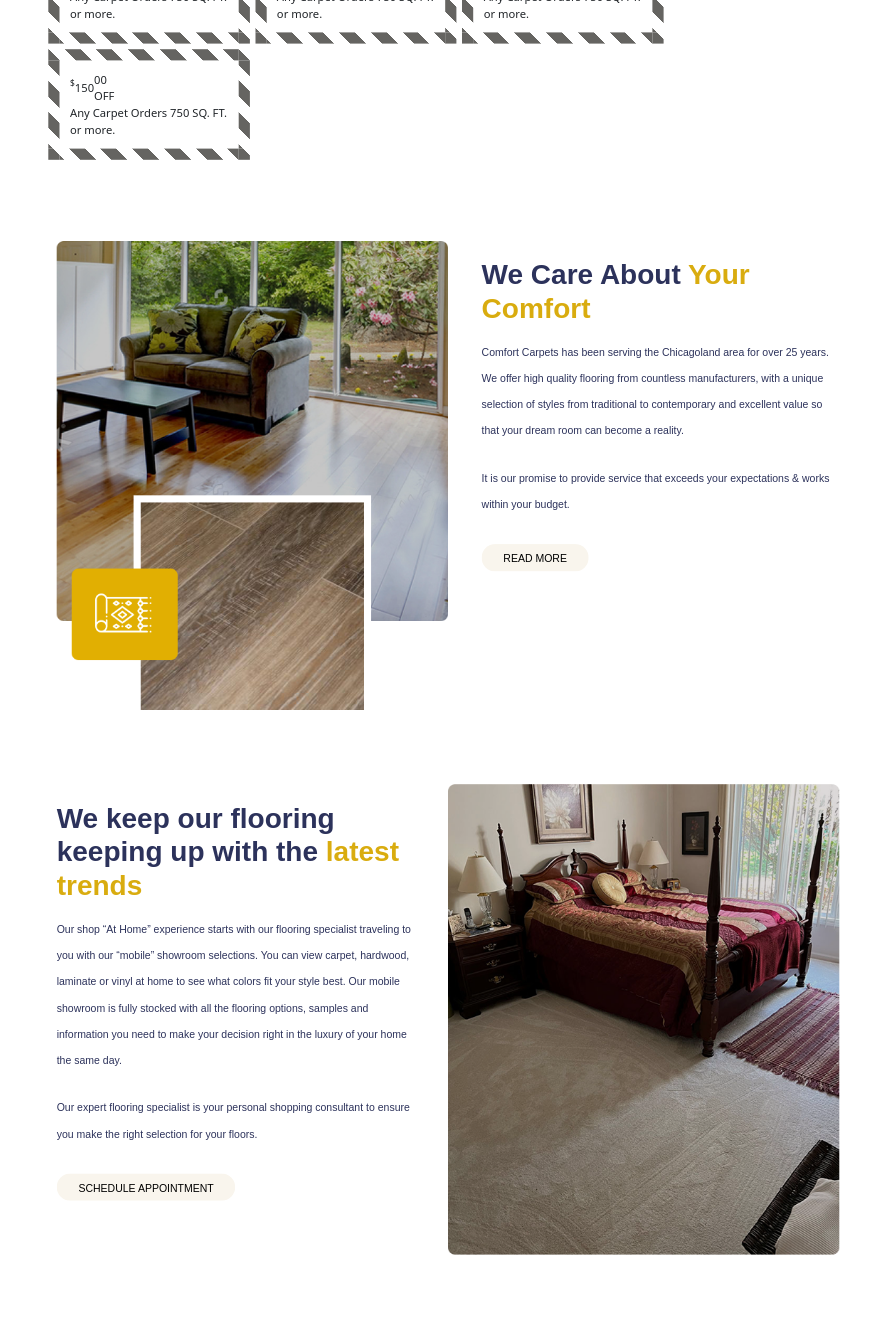
Repository: Ab-dur-Rehman/sscaseFolders
Page: index.html
The author's editor kept a copy of each file at every save. The page is drawn from the files as they stood at one save, then again after the next save.
The browser window is 1280 px wide. The pictures show the part of the page from y = 716 to 2636 px (the page is 2636 px tall before and 1868 px after), at 70% of full size.
Some web fonts or font styles are not loaded; a fallback is used.

Above is the page before, as saved 2022-12-26 11:14:11.

### index.html
<!doctype html>
<html lang="en">
  <head>
    <meta charset="utf-8">
    <meta name="viewport" content="width=device-width, initial-scale=1">
    <!-- Bootstrap CSS -->
    <link href="https://cdn.jsdelivr.net/npm/bootstrap@5.0.2/dist/css/bootstrap.min.css" rel="stylesheet" integrity="sha384-EVSTQN3/azprG1Anm3QDgpJLIm9Nao0Yz1ztcQTwFspd3yD65VohhpuuCOmLASjC" crossorigin="anonymous">
    <!-- Custom CSS -->
    <link rel="stylesheet" href="assets/css/style.css">
    <!-- FontAwesome -->
    <link rel="stylesheet" href="https://cdnjs.cloudflare.com/ajax/libs/font-awesome/6.2.1/css/all.min.css" integrity="sha512-MV7K8+y+gLIBoVD59lQIYicR65iaqukzvf/nwasF0nqhPay5w/9lJmVM2hMDcnK1OnMGCdVK+iQrJ7lzPJQd1w==" crossorigin="anonymous" referrerpolicy="no-referrer" />
    <!-- JQuery -->
    <script src="https://code.jquery.com/jquery-3.6.1.min.js" integrity="sha256-o88AwQnZB+VDvE9tvIXrMQaPlFFSUTR+nldQm1LuPXQ=" crossorigin="anonymous"></script>
    <!-- Bootstrap JS -->
    <script src="https://cdn.jsdelivr.net/npm/bootstrap@5.0.2/dist/js/bootstrap.bundle.min.js" integrity="sha384-MrcW6ZMFYlzcLA8Nl+NtUVF0sA7MsXsP1UyJoMp4YLEuNSfAP+JcXn/tWtIaxVXM" crossorigin="anonymous"></script>
    <!-- Custom Scripts -->
    <script type="module" src="assets/js/script.js"></script>

    <title>Comfort Carpets</title>
  </head>
  <body>
    <div class="col-lg-12 mx-auto main-wrapper">

      <header class="py-3 px-5 header-top">
        <div class="header-top-inner row gx-0 max-content d-flex flex-row align-items-center">
          <div class="col-md-3 logo-top mx-0 px-0">
            <a href="#"><img src="assets/images/logo.png" alt="logo"/></a>
          </div>
          <div class="col-md-9 header-left mx-0 px-0 py-0">
            <div class="top-call-info">
              <div class="top-call-info-inner d-flex flex-row justify-content-end align-items-center">
                <div class="top-call-info-inner-left px-4 d-flex flex-row align-items-center">
                  <i class="fa fa-volume-control-phone" aria-hidden="true"></i>
                  <span class="call-text px-2">Call or Text: </span>
                  <span class="call-number">847-327-9910</span>
                </div>
                <div class="top-call-info-inner-right">
                  <button type="button" class="btn btn-appointment">Schedule Appointment</button>
                </div>
              </div>
            </div>
            <div class="main-nav-wrapper">
              <nav class="navbar navbar-expand-lg navbar-light">
                <div class="container-fluid justify-content-end">
                  <button class="navbar-toggler" type="button" data-bs-toggle="collapse" data-bs-target="#navbarNav" aria-controls="navbarNav" aria-expanded="false" aria-label="Toggle navigation">
                    <span class="navbar-toggler-icon"></span>
                  </button>
                  <div class="collapse navbar-collapse justify-content-end" id="navbarNav">
                    <ul class="navbar-nav text-end">
                      <li class="nav-item">
                        <a class="nav-link active" aria-current="page" href="#">Home</a>
                      </li>
                      <li class="nav-item">
                        <a class="nav-link" href="#">Flooring</a>
                      </li>
                      <li class="nav-item">
                        <a class="nav-link" href="#">Carpet Repair</a>
                      </li>
                      <li class="nav-item">
                        <a class="nav-link" href="#">Resources</a>
                      </li>
                      <li class="nav-item">
                        <a class="nav-link" href="#">Gallery</a>
                      </li>
                      <li class="nav-item">
                        <a class="nav-link" href="#">Reviews</a>
                      </li>
                      <li class="nav-item">
                        <a class="nav-link" href="#">FAQ's</a>
                      </li>
                      <li class="nav-item">
                        <a class="nav-link" href="#">Contact Us</a>
                      </li>
                    </ul>
                  </div>
                </div>
              </nav>
            </div>
          </div>
        </div>
        <div class="header-bottom row gx-0 max-content d-flex flex-row align-items-center py-5 my-3">
          <div class="col-lg-6 banner-text mx-0 px-0">
            <div class="banner-text-inner">
              <h4 class="banner-title">All the latest trends and styles</h4>
              <p class="banner-sub">We keep our flooring as current as possible keeping up with the latest trends and styles.</p>
              <div class="top-call-info-inner-right">
                <button type="button" class="btn btn-appointment">Schedule Appointment</button>
              </div>
          </div>
          <div class="col-lg-6 mx-0 px-0"></div>
        </div>
      </header>
      <div class="header-bottom col-lg-12 mx-auto main-content-2">
        <div class="row gx-0 d-flex flex-row align-items-center py-5 my-3">
          <div class="tab-wrapper col-3 m-1">
            <div class="tab-price d-flex flex-row align-items-center">
              <sup>$</sup>150<span>00</br>OFF</span>
            </div>
            <span>Any Carpet Orders</span>
            <span>750 SQ. FT. or more.</span>
          </div>
          <div class="tab-wrapper col-3 m-1">
            <div class="tab-price d-flex flex-row align-items-center">
              <sup>$</sup>150<span>00</br>OFF</span>
            </div>
            <span>Any Carpet Orders</span>
            <span>750 SQ. FT. or more.</span>
          </div>
          <div class="tab-wrapper col-3 m-1">
            <div class="tab-price d-flex flex-row align-items-center">
              <sup>$</sup>75<span>00</br>OFF</span>
            </div>
            <span>Any Carpet Orders</span>
            <span>750 SQ. FT. or more.</span>
          </div>
          <div class="tab-wrapper col-3 m-1">
            <div class="tab-price d-flex flex-row align-items-center">
              <sup>$</sup>150<span>00</br>OFF</span>
            </div>
            <span>Any Carpet Orders</span>
            <span>750 SQ. FT. or more.</span>
          </div>
        </div>
      </div>
      <!-- <content class="col-12 main-content"> -->
      <content>
        <div class="content-top col-lg-12 mx-auto main-content-2">
          <div class="row gx-0 d-flex flex-row align-items-top py-5 px-3">
            <div class="cont-1-pic col-md-6">
              <img src="assets/images/about.png" alt="Cont-1-pic"/>
            </div>
            <div class="cont-1-text col-md-6 my-4">
              <div class="cont-1-text-inner p-text ps-md-5">
                <h1 class="h1">We Care About <span>Your Comfort</span></h1>
                <p>Comfort Carpets has been serving the Chicagoland area for over 25 years. We offer high quality flooring from countless manufacturers, with a unique selection of styles from traditional to contemporary and excellent value so that your dream room can become a reality.</p>
                <p>It is our promise to provide service that exceeds your expectations & works within your budget.</p>
                <button type="button" class="btn btn-read-more mt-2">Read More</button>
              </div>
            </div>
          </div>

          <div class="row gx-0 d-flex flex-row flex-row-reverse align-items-top py-5 px-3">
            <div class="cont-2-pic col-md-6">
              <img src="assets/images/3.png" alt="Cont-2-pic"/>
            </div>
            <div class="cont-2-text col-md-6 my-4">
              <div class="cont-2-text-inner p-text pe-md-5">
                <h1 class="h1">We keep our flooring keeping up with the <span>latest trends</span></h1>
                <p>Our shop “At Home” experience starts with our flooring specialist traveling to you with our “mobile” showroom selections. You can view carpet, hardwood, laminate or vinyl at home to see what colors fit your style best. Our mobile showroom is fully stocked with all the flooring options, samples and information you need to make your decision right in the luxury of your home the same day.</p>
                <p>Our expert flooring specialist is your personal shopping consultant to ensure you make the right selection for your floors.</p>
                <button type="button" class="btn btn-read-more mt-2">Schedule Appointment</button>
              </div>
            </div>
          </div>
        </div>
      </content>
      <footer class="row gx-0 py-3 px-5 footer-wrapper text-center mt-5">

      </footer>
    </div>
  </body>
</html>

### assets/css/style.css
@import url('https://fonts.googleapis.com/css2?family=Amiko:wght@400;600;700&family=Chivo:wght@400;500;600;700&display=swap');


img { width:100%;}
/* body { color:#fff;} */

/* font-family: 'Amiko', sans-serif;
font-family: 'Chivo', sans-serif; */

.logo-top img {
    max-width: 242px;
}
.max-content {
    max-width: 1200px;
    margin: 0 auto;
    width: 100%;
}
.main-content-2 {
    max-width: 1150px;
    margin: 0 auto;
    width: 100%;
}
.header-top {
    background:url(../images/bnr.png);
    background-position: top center;
    background-repeat: no-repeat;
    background-size:cover;
}
.btn-appointment {
    background: #e1af02;
    color: #000;
    font-family: 'Amiko', sans-serif;
    padding: 12px 20px 10px 20px;
    border-radius: 5px;
    font-size: 16px;
    font-weight: 500;
    border-radius: 40px;
    line-height: 1;
}
.call-text {
    font-size: 15px;
    font-weight: 400;
    font-family: 'Amiko', sans-serif;
    color: #fff;
}
.call-number {
    font-size: 20px;
    font-weight: 500;
    font-family: 'Chivo', sans-serif;
    color: #fff;
}
.nav-link {
    font-size: 15px;
    font-weight: 400;
    font-family: 'Amiko', sans-serif;
    color: #fff!important;
}

.banner-title {
    font-size: 17px;
    font-weight: 500;
    font-family: 'Amiko', sans-serif;
    color: #fff;
    line-height: 1;
    text-transform: uppercase;
    text-shadow: 2px 2px 2px #777371;
}
.banner-sub {
    font-size: 45px;
    font-weight: 400;
    font-family: 'Chivo', sans-serif;
    color: #fff;
    line-height: 1.2;
    text-shadow: 2px 2px 2px #777371;
}
.tab-wrapper {
    border: 10px solid transparent;
    padding: 15px;
    /* border-image: url(../images/31.png) 4% round; */
    /* border-image-outset: 10px 5px 15px 5px; */
    /* border-image-slice: 70; */
    /* border-image-source:url('../images/31.png');
    border-image-repeat: stretch;
    border-image-slice: 30;
    border-image-width: 50px;
    border-image-outset: 10px; */

    border: 16px solid transparent;
	border-image: 16 repeating-linear-gradient(45deg, #656461 0, #656461 1em, transparent 0, transparent 2em, #656461 0, #656461 3em, transparent 0, transparent 4em);

}

.p-text h1 {
    /* font-size: 45px; */
    font-weight: 800;
    font-family: 'Chivo', sans-serif;
    color: #2c325b;
    margin-bottom: 20px;
}
.p-text h1 span {
    color: #d9ac0f;
}
.p-text p {
    font-size: 15px;
    font-weight: 400;
    font-family: 'Amiko', sans-serif;
    color: #2c325b;
    line-height: 2.5;
    margin-bottom: 30px;
}

.btn-read-more {
    background: #f9f5ed;
    color: #000;
    font-family: 'Amiko', sans-serif;
    padding: 12px 30px 10px 30px;
    border-radius: 5px;
    font-size: 15px;
    font-weight: 500;
    border-radius: 40px;
    line-height: 1;
    text-transform: uppercase;
}


/* //Responsive */

@media only screen and (max-width: 1350px) {

}

@media only screen and (max-width: 1262px) and (min-width: 1024px) {

}
@media only screen and (max-width: 1023px) {

}
@media only screen and (max-width: 982px) {

}
@media only screen and (max-width: 685px) {

}
@media only screen and (max-width: 576px) {

}

### assets/js/script.js
//doughnut
// var ctxD = document.getElementById("doughnutChart").getContext('2d');
// var ctxD2 = document.getElementById("doughnutChart2").getContext('2d');
// var myLineChart = new Chart(ctxD, {
//   type: 'doughnut',
//   data: {
//     labels: ["Red", "Green"],
//     datasets: [{
//       data: [25, 75],
//       backgroundColor: ["#F7464A", "#46BFBD"],
//       hoverBackgroundColor: ["#FF5A5E", "#5AD3D1"]
//     }]
//   },
//   options: {
//   	responsive: true
//   }
// });

// var myLineChart2 = new Chart(ctxD2, {
//     type: 'doughnut',
//     data: {
//       labels: ["Red", "Green"],
//       datasets: [{
//         data: [25, 75],
//         backgroundColor: ["#F7464A", "#46BFBD"],
//         hoverBackgroundColor: ["#FF5A5E", "#5AD3D1"]
//       }]
//     },
//     options: {
//         responsive: true
//     }
//   });

$(".option-icon-right input:checkbox").change(function(){
    $(this).closest("li").toggleClass('selected', this.checked);
    $('li.selected .option-icon-right label span').text('On');
    $('li:not(.selected) .option-icon-right label span').text('Off');
});

After the next save:
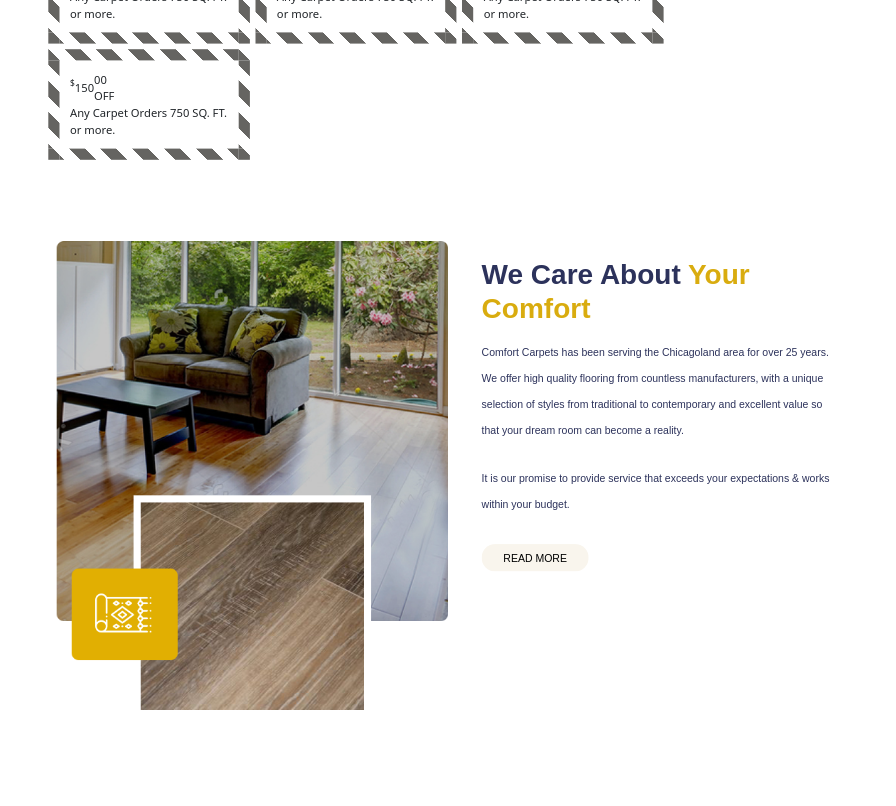
Saved 2 min 55 s later.
--- a/index.html
+++ b/index.html
@@ -124,7 +124,7 @@
       </div>
       <!-- <content class="col-12 main-content"> -->
       <content>
-        <div class="content-top col-lg-12 mx-auto main-content-2">
+        <div class="content-top mx-auto main-content-2">
           <div class="row gx-0 d-flex flex-row align-items-top py-5 px-3">
             <div class="cont-1-pic col-md-6">
               <img src="assets/images/about.png" alt="Cont-1-pic"/>
@@ -138,20 +138,6 @@
               </div>
             </div>
           </div>
-
-          <div class="row gx-0 d-flex flex-row flex-row-reverse align-items-top py-5 px-3">
-            <div class="cont-2-pic col-md-6">
-              <img src="assets/images/3.png" alt="Cont-2-pic"/>
-            </div>
-            <div class="cont-2-text col-md-6 my-4">
-              <div class="cont-2-text-inner p-text pe-md-5">
-                <h1 class="h1">We keep our flooring keeping up with the <span>latest trends</span></h1>
-                <p>Our shop “At Home” experience starts with our flooring specialist traveling to you with our “mobile” showroom selections. You can view carpet, hardwood, laminate or vinyl at home to see what colors fit your style best. Our mobile showroom is fully stocked with all the flooring options, samples and information you need to make your decision right in the luxury of your home the same day.</p>
-                <p>Our expert flooring specialist is your personal shopping consultant to ensure you make the right selection for your floors.</p>
-                <button type="button" class="btn btn-read-more mt-2">Schedule Appointment</button>
-              </div>
-            </div>
-          </div>
         </div>
       </content>
       <footer class="row gx-0 py-3 px-5 footer-wrapper text-center mt-5">
